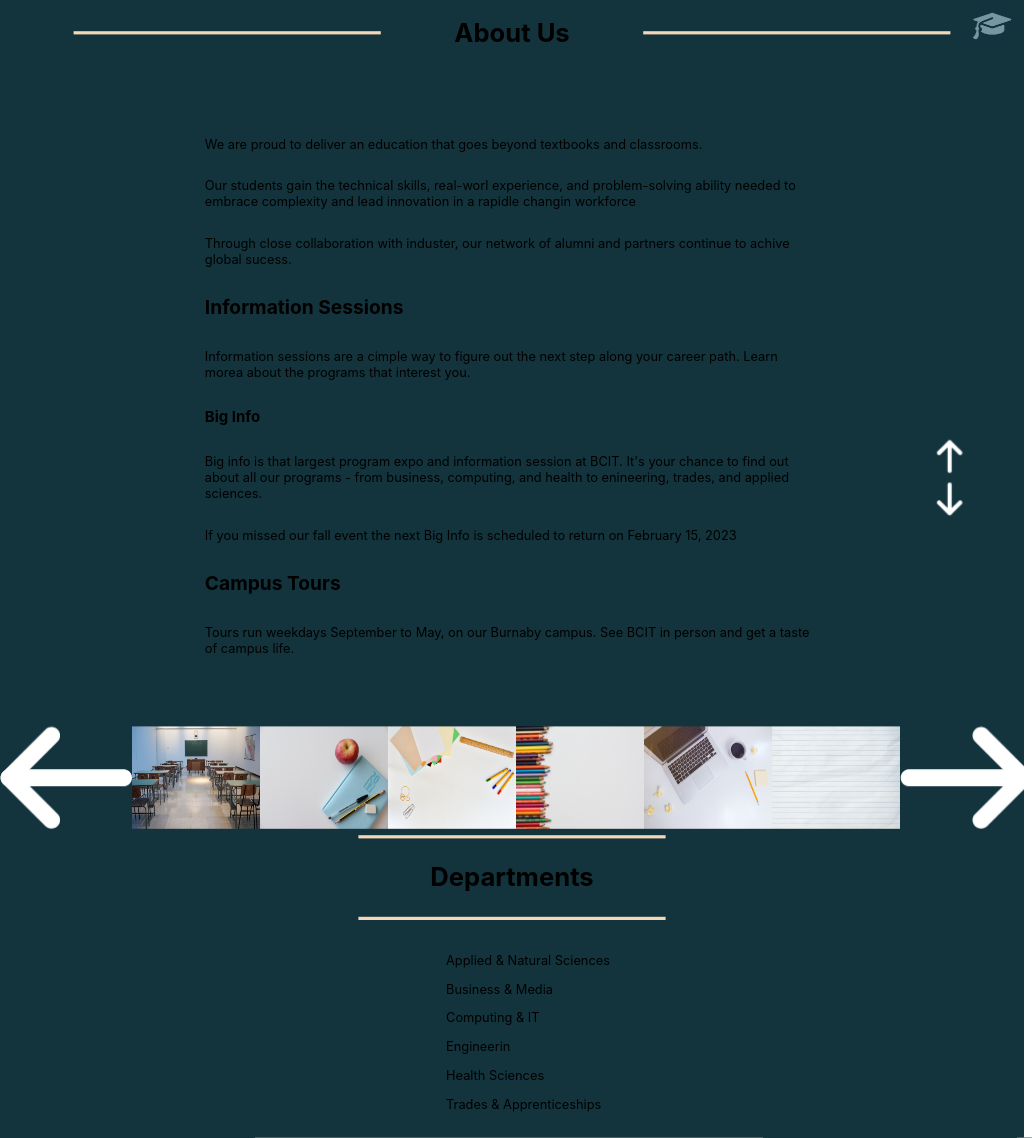
Repository: SaraShio/A01314209_Sara_Shiojima
Page: /about
An editor plug-in stored every save of this project. The page is shown before and after a run of saves, followed by the edit.
The browser window is 1280 px wide. The page is 1290 px wide, then 1280 px, so the pictures cover 1290 px, including what lies to the right of the window. The pictures show the whole page, at 80% of full size.
The project was rebuilt for these pictures with package versions that can differ from the ones it lists, and the page was loaded fresh each time. The framework's server and built-in components were replaced by stand-ins that run in the browser. Also part of the build but not shown: next.config.js.

Above is the page before, as saved 2023-02-08 22:47:23.

### pages/_app.js
import '../styles/globals.css'
import '../styles/variables.css'


function MyApp({ Component, pageProps }) {
  return <Component {...pageProps} />
}

export default MyApp

### pages/about.js
import Head from 'next/head'
import Image from 'next/image'
import styles from '../styles/About.module.css'
import Link from 'next/link'
import Arrow from '../components/Arrow'
import Navbar from '../components/Navbar'

export default function About() {
    return (
        <>
            <head>
                <title>About Us</title>
                <meta name="author" content="MDIA 2109" />
                <meta property="og:title" content="Assignment #1 - About Us Page" />
                <meta property="og:description" content="BCIT Digital Design and Development Diploma" />
                <link rel="icon" href='/favicon.png' />
            </head>

            <main className={styles.main}>
                <Navbar />
                <header>
                    <div className={styles.header}>
                        <hr className={styles.line}></hr>
                        <h1>About Us</h1>
                        <hr className={styles.line}></hr>
                    </div>
                </header>
                <div className={styles.information}>
                    <div><p>We are proud to deliver an education that goes beyond textbooks and classrooms.</p></div>
                    <div><p>Our students gain the technical skills, real-worl experience, and problem-solving ability needed to embrace complexity and lead innovation in a rapidle changin workforce</p></div>
                    <div><p>Through close collaboration with induster, our network of alumni and partners continue to achive global sucess. </p></div>

                    <div><h2  >Information Sessions</h2></div>
                    <div><p>Information sessions are a cimple way to figure out the next step along your career path. Learn morea about the programs that interest you.</p></div>
                    <div><h3  >Big Info</h3></div>
                    <div><p>Big info is that largest program expo and information session at BCIT. It's  your chance to find out about all our programs - from business, computing, and health to enineering, trades, and applied sciences.</p></div>
                    <div><p  >If you missed our fall event the next Big Info is scheduled to return on February 15, 2023</p></div>
                    <div><h2  >Campus Tours</h2></div>

                    <div><p>Tours run weekdays September to May, on our Burnaby campus. See BCIT in person and get a taste of campus life.</p></div>
                </div>

                <div className={styles.carousel}>
                    <img src={'icons/leftArrow.png'} />
                    <img id="carouselImage" className={styles.carouselImage} />
                    <img className={styles.carousel} src={"carousel-images/0.jpg"} />
                    <img className={styles.carousel} src={"carousel-images/1.jpg"} />
                    <img className={styles.carousel} src={"carousel-images/2.jpg"} />
                    <img className={styles.carousel} src={"carousel-images/3.jpg"} />
                    <img className={styles.carousel} src={"carousel-images/4.jpg"} />
                    <img className={styles.carousel} src={"carousel-images/5.jpg"} />
                    <img src={'icons/rightArrow.png'} />

                </div>

                <div>
                    <div id="testOnImageHere"></div>
                </div>


                <div className={styles.departments}>
                    <hr className={styles.line}></hr>
                    <h1>Departments</h1>
                    <hr className={styles.line}></hr>

                    <ul className={styles.departmentName}>
                        <li>Applied & Natural Sciences</li>
                        <li>Business & Media</li>
                        <li>Computing & IT</li>
                        <li>Engineerin</li>
                        <li>Health Sciences</li>
                        <li>Trades & Apprenticeships</li>
                    </ul>
                </div>
                <Arrow page="About" />

            </main>
        </>
    )
}

### styles/variables.css
:root{
    --primary-color: #fff;
    --beige: #f4d6b9;
    --ternary-color: #7796A4;
    --teal: #14343d;
    --quinary-color: rgba(16,46,53,0.5);
    }

### styles/About.module.css
.main{
    background-color: var(--teal);
}

.carouselImage{
    height: 200px;
    background-repeat: no-repeat;
    background-size: cover;
    display: flex;
    justify-content: center;
    align-items: center;
    margin: 40px 0px;
}

.carousel{
    display: flex;
    height: 8rem;
width: 10rem;
}

.testOnImageHere{
    background-color: rgba(16, 46, 53, 0.5);
    padding: 10px;
    margin: 0px 50px;
}

.header{
display: flex;
justify-content: center;
align-items: center;
}

.line{
    width: 30%;
    height: 0.25rem;
    background-color: var(--beige);
    border: none;
}

.information{
    margin: 10vh 20vw;
    display: flex;
    justify-content: center;
    flex-direction: column;
}


.departments{
    display: flex;
    flex-direction: column;
    align-items: center;
    justify-content: center;
}

.departmentName>li{
    list-style: none;
    margin: 1rem;
}


.departments>hr>h1{
    display: flex;
    flex-direction: row;
}

### components/Arrow/index.js
import styles from './Arrow.module.css'

export default function Arrow({
    page = "home",
}) {
    return (

        page.toLowerCase() === "home" ?
            <div className={styles.arrow}><a><span><img src={'icons/downwardArrow.png'} /></span></a>
            </div> :
            page.toLowerCase() === "about" ?
                <div className={styles.arrow}><a><span><img src={'icons/upwardArrow.png'} /></span></a>
                    <a><span><img src={'icons/downwardArrow.png'} /></span></a>
                </div> :
                page.toLowerCase() === "contact" ?
                    <div className={styles.arrow}><a href="/about"><span><img src={'icons/upwardArrow.png'} /></span></a>
                    </div> :
                    <div className={styles.arrow}><a href="/"><span><img src={'icons/downwardArrow.png'} /></span></a>
                    </div>
    )
}

### components/Navbar/index.js
import styles from './Navbar.module.css'


export default function Navbar() {

    return (
        <>
            <nav className={styles.navbar}>
                <img className={styles.nav_icon} src={'icons/graduation-hat.png'}></img>
            </nav>
        </>
    )
}

### components/Arrow/Arrow.module.css
.arrow{
    bottom:10vh;
    right: 6vw;
    display: flex;
    flex-direction: column;
    position: fixed;
    gap: 0.5rem;
}


.arrow > a > span > img{
    width: 2rem;
}

### components/Navbar/Navbar.module.css
.navbar{
    display: flex;
    position: relative;
}

.nav_icon{
    width: 3rem;
    top: 1rem;
    right: 1rem;
    position: absolute;
}

Loaded but not shown: styles/globals.css (common file)

After the next 2 saves:
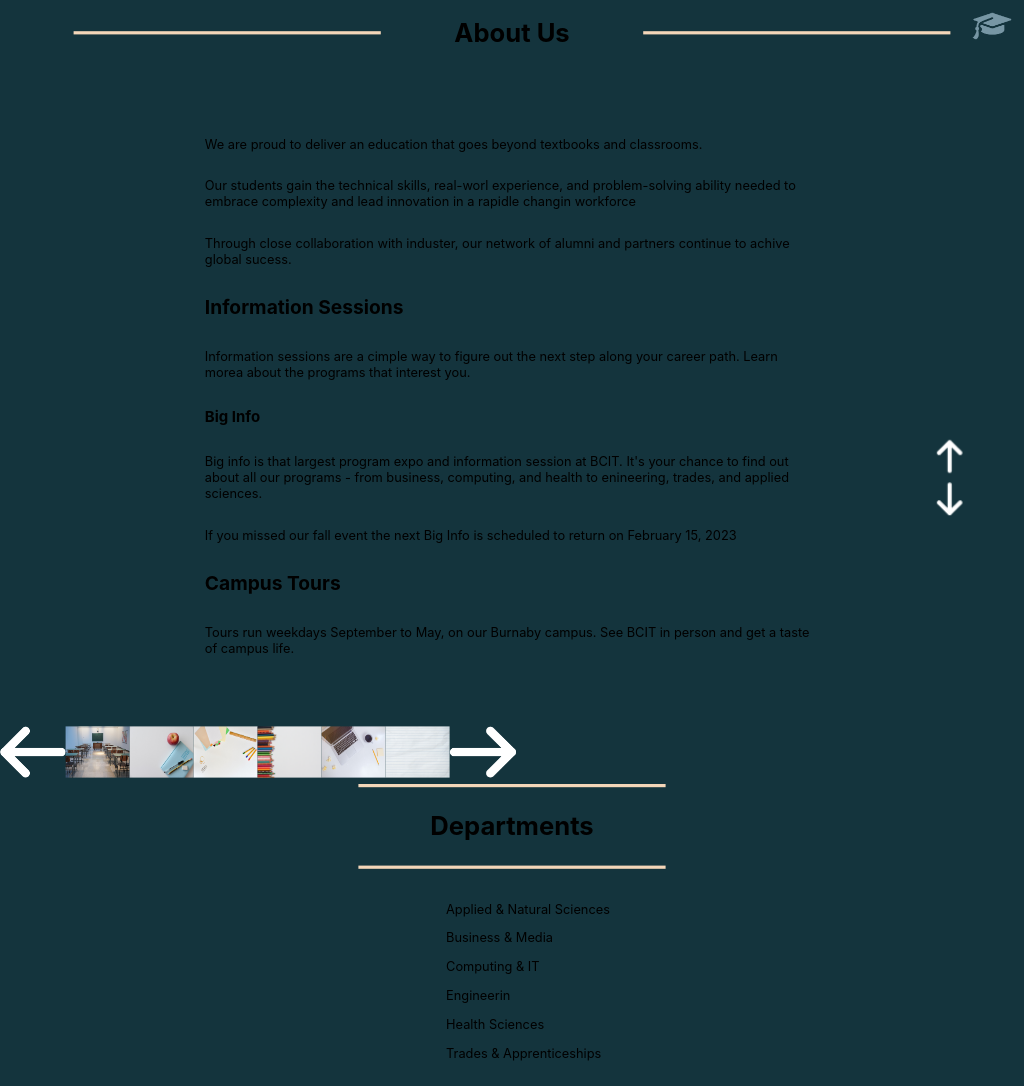
The 2 saves are shown as one change because they came seconds apart.
The last was saved 6 min 2 s later.
--- a/styles/About.module.css
+++ b/styles/About.module.css
@@ -14,8 +14,8 @@
 
 .carousel{
     display: flex;
-    height: 8rem;
-width: 10rem;
+    height: 4rem;
+width: 5rem;
 }
 
 .testOnImageHere{
